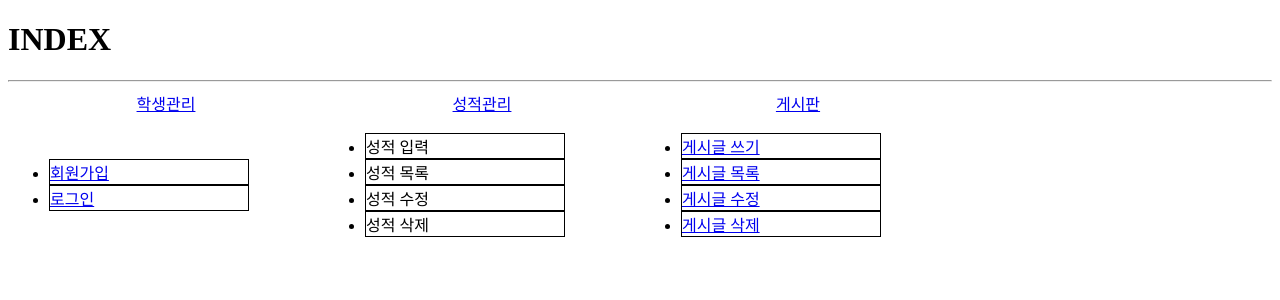
Repository: ByeonYJ/CSSTest
Page: GMSUI/WebContent/index.html
These files come from the project's save history. The page is drawn as it stood at one moment and after the next save; the edit follows.
The browser window is 1280 px wide. The pictures show the whole page.

Above is the page before, as saved 2017-07-20 06:18:41.

After the next save:
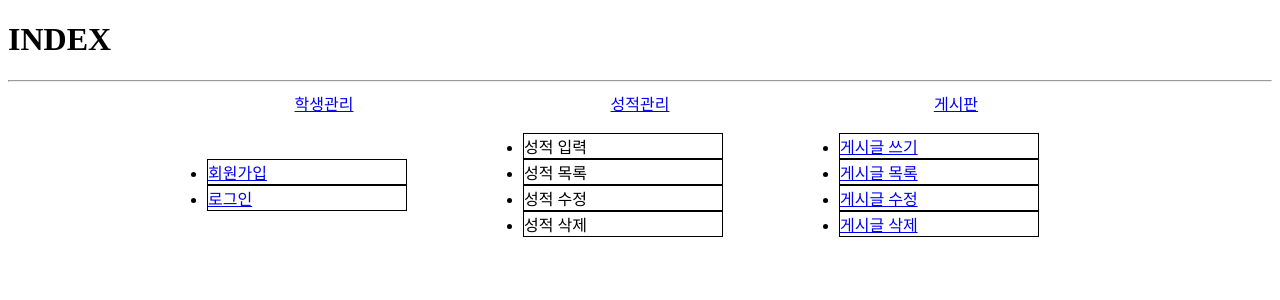
Saved 47 s later.
--- a/GMSUI/WebContent/css/member.css
+++ b/GMSUI/WebContent/css/member.css
@@ -2,3 +2,5 @@
 #index-tab{width: 75%;}
 .index-ul{width: 200px}
 .index-ul>li{border: 1px solid black;}
+#index-tab{width: 75%;margin:0 auto;}
+#index-tab-tr>td{}
